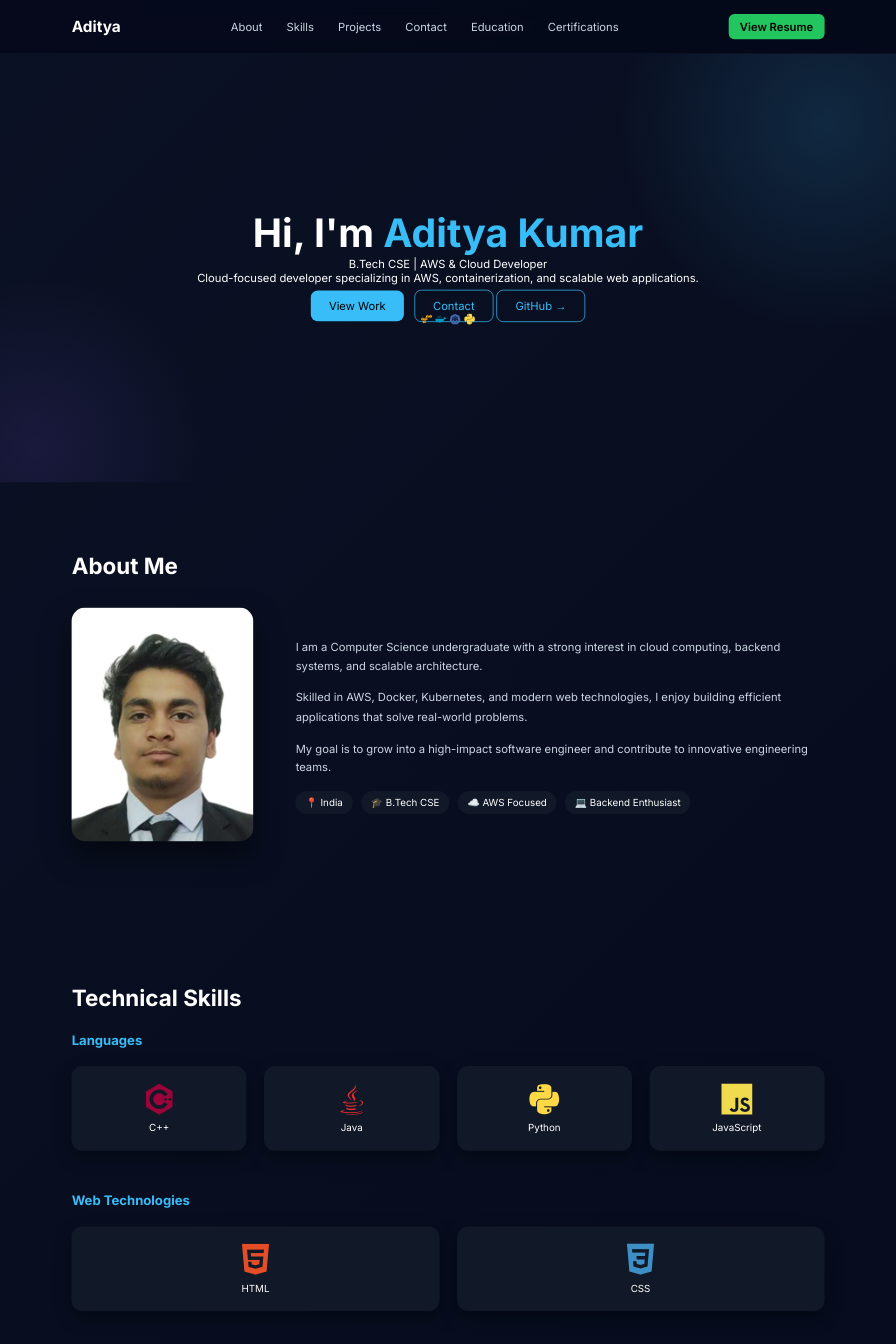
Repository: Aditya2419/My-Portfolio
Page: index.html
An editor plug-in stored every save of this project. The page is shown before and after the next save, followed by the edit.
The browser window is 1280 px wide. The pictures show the part of the page from y = 0 to 1920 px (the page is 5718 px tall), at 70% of full size.

Above is the page before, as saved 2026-02-18 23:50:07.
Console error: TypeError: Cannot set properties of null (setting 'textContent')

After the next save:
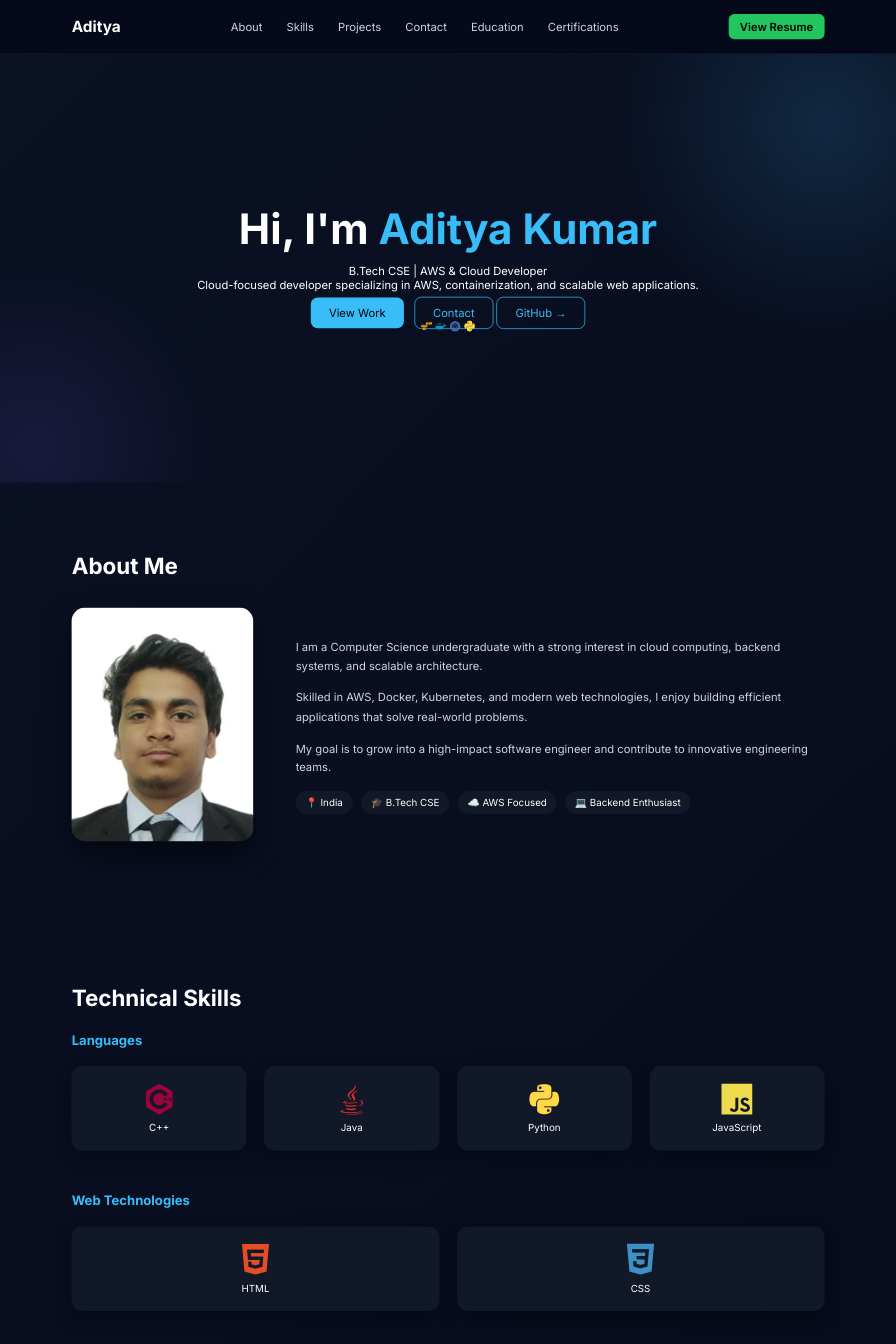
Saved 47 s later.
--- a/style.css
+++ b/style.css
@@ -120,7 +120,9 @@
     }
 
     .hero h1{
-    font-size:56px;
+        font-size:60px;
+        font-weight:700;
+        margin-bottom:15px;
     }
 
     .hero h2{
@@ -129,8 +131,11 @@
     }
 
     .hero-tagline{
-    margin-top:10px;
-    color:#94a3b8;
+        margin-top:10px;
+        color:#94a3b8;
+        font-size:18px;
+        max-width:650px;
+        line-height:1.6;
     }
 
     .hero-buttons{
